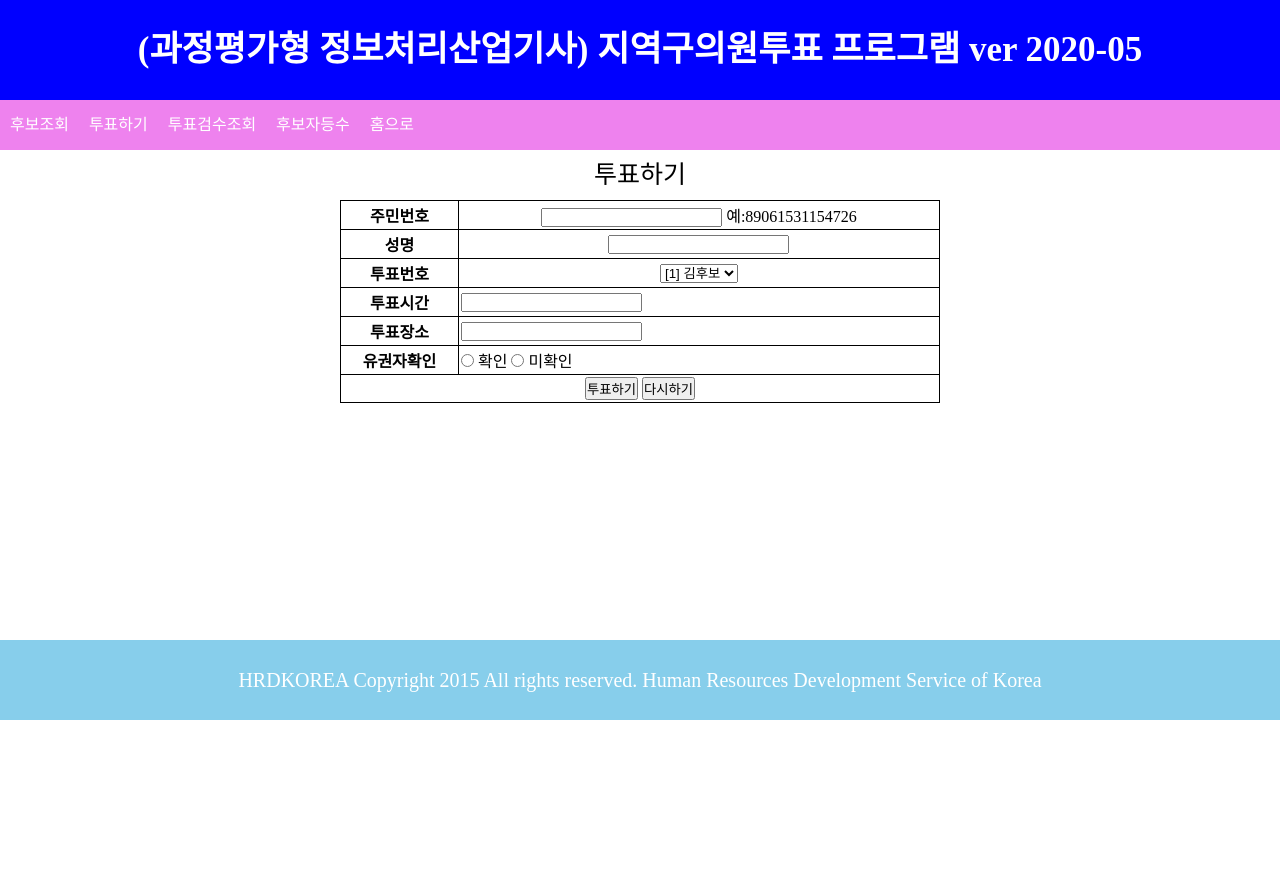
Repository: Up-Min/hrdkorea
Page: http://localhost/HRD_5678/vote
An editor plug-in stored every save of this project. The page is shown before and after the next save, followed by the edit.
The browser window is 1280 px wide. The pictures show the whole page.
The page is served by Tomcat 9.

Above is the page before, as saved 2022-12-22 03:43:48.

After the next save:
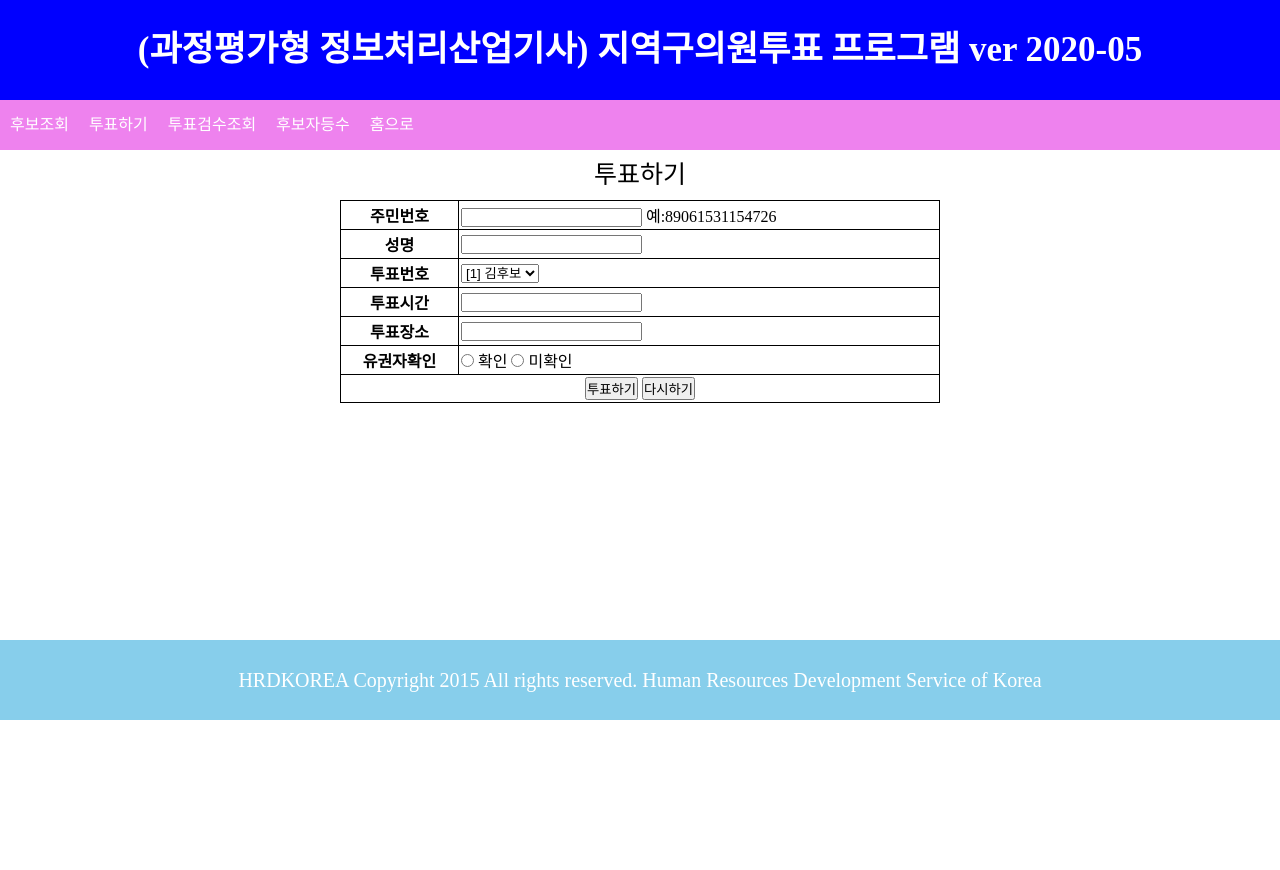
Saved 79 s later.
--- a/HRD_5678/src/main/webapp/vote.jsp
+++ b/HRD_5678/src/main/webapp/vote.jsp
@@ -23,15 +23,15 @@
 		<table>
 		<tr>
 			<th> 주민번호 </th>
-			<td><input type = "text" name="v_jumin"> 예:89061531154726</td>
+			<td class = "val"><input type = "text" name="v_jumin"> 예:89061531154726</td>
 		</tr>
 		<tr>
 			<th> 성명 </th>
-			<td><input type = "text" name="v_name"> </td>
+			<td class = "val"><input type = "text" name="v_name"> </td>
 		</tr>
 		<tr>
 			<th> 투표번호 </th>
-			<td>
+			<td class = "val">
 			<select name="m_no">
 			<option value = "1"> [1] 김후보 </option>
 			<option value = "2"> [2] 이후보 </option>
